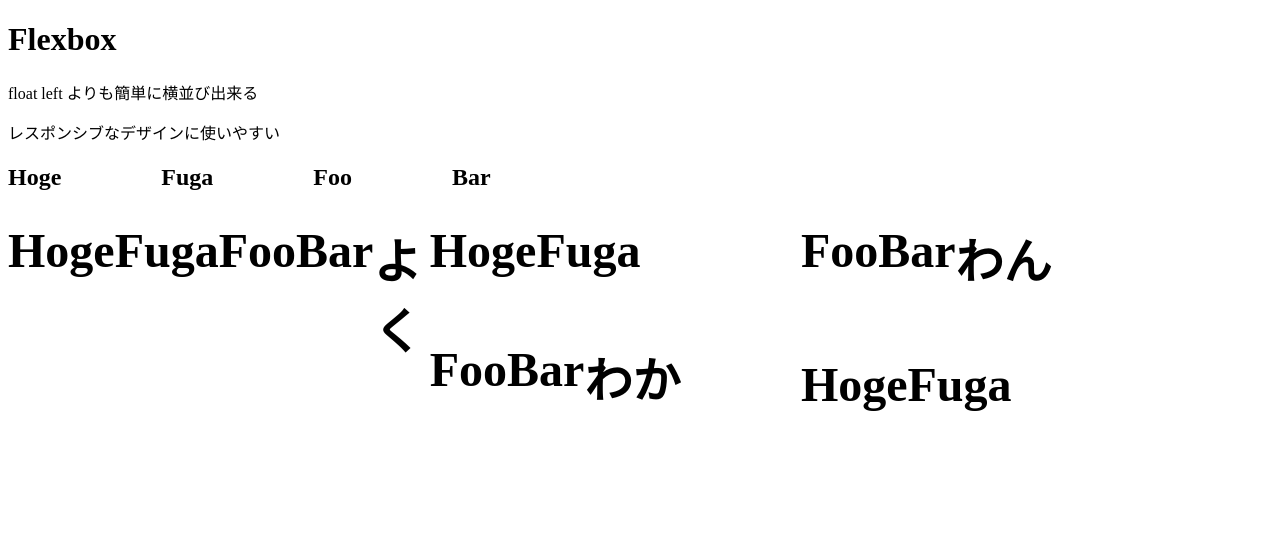
Repository: YokoInoue-u/samurai_HTML-CSS
Page: chap14.html
The author's editor kept a record of every edit. The page is drawn from the files as they stood at one moment, then again after the next edit.
The browser window is 1280 px wide. The pictures show the whole page.

Above is the page before.

### chap14.html
<!DOCTYPE html>
<html lang="ja">
<head>
    <meta charset="UTF-8">
    <meta name="viewport" content="width=device-width, initial-scale=1.0">
    <meta http-equiv="X-UA-Compatible" content="ie=edge">
    <title>chp14フレックスボックス</title>
    <style>
            #sort {
                display: flex;
                flex-wrap: wrap;
            }
            div {
              margin-right: 100px;
            }
            #no-wrap {
                display: flex;
                flex-wrap:nowrap;
            }

            #wrap {
                display: flex;
                flex-wrap:wrap;
            }

            #reverse {
                display: flex;
                flex-wrap:wrap-reverse;
            }
    </style>
</head>
<body>
    <h1>Flexbox</h1>
    <p>float left よりも簡単に横並び出来る</p>
    <p>レスポンシブなデザインに使いやすい</p>
    <h2>
     <div id="sort">
            <div>
                Hoge
            </div>
            <div>
                Fuga
            </div>
            <div>
                Foo
            </div>
            <div>
                Bar
            </div>
        </div>

        <div id="no-wrap">
            <h1>Hoge</h1>
            <h1>Fuga</h1>
            <h1>Foo</h1>
            <h1>Bar</h1>
            <h1>よく</h1>

        <div id="wrap">
            <h1>Hoge</h1>
            <h1>Fuga</h1>
            <h1>Foo</h1>
            <h1>Bar</h1>
            <h1>わか</h1>
        </div>

        <div id="reverse">
            <h1>Hoge</h1>
            <h1>Fuga</h1>
            <h1>Foo</h1>
            <h1>Bar</h1>
            <h1>わん</h1>
        </div>
</body>
</html>

After the next edit:
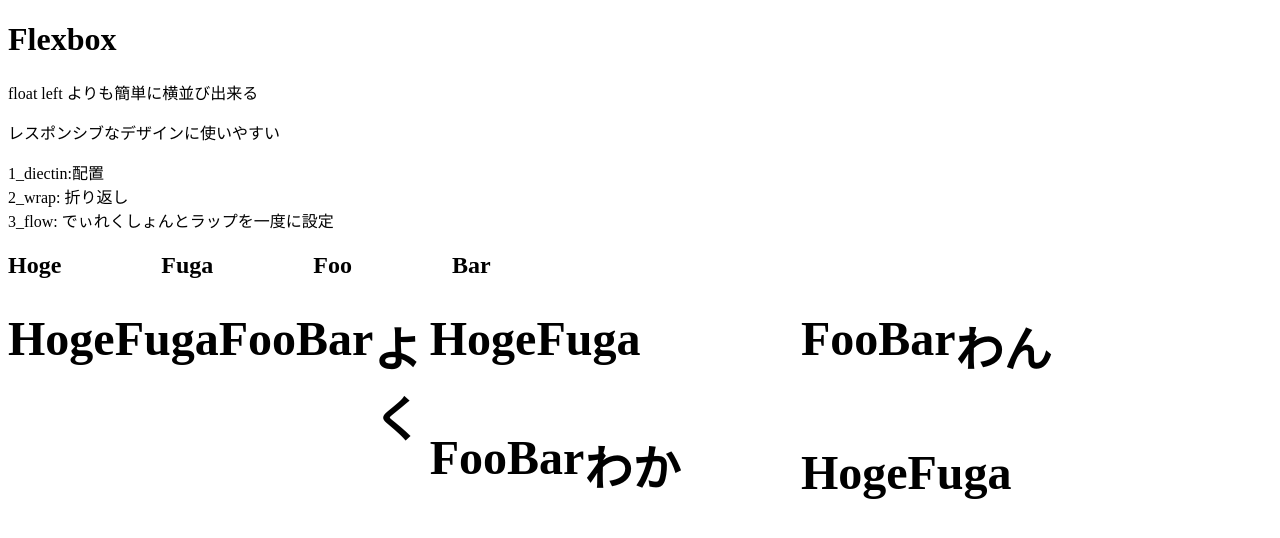
The edit:
--- a/chap14.html
+++ b/chap14.html
@@ -33,6 +33,8 @@
     <h1>Flexbox</h1>
     <p>float left よりも簡単に横並び出来る</p>
     <p>レスポンシブなデザインに使いやすい</p>
+    <p>1_diectin:配置</br>2_wrap: 折り返し</br>3_flow: でぃれくしょんとラップを一度に設定</p>
+
     <h2>
      <div id="sort">
             <div>
